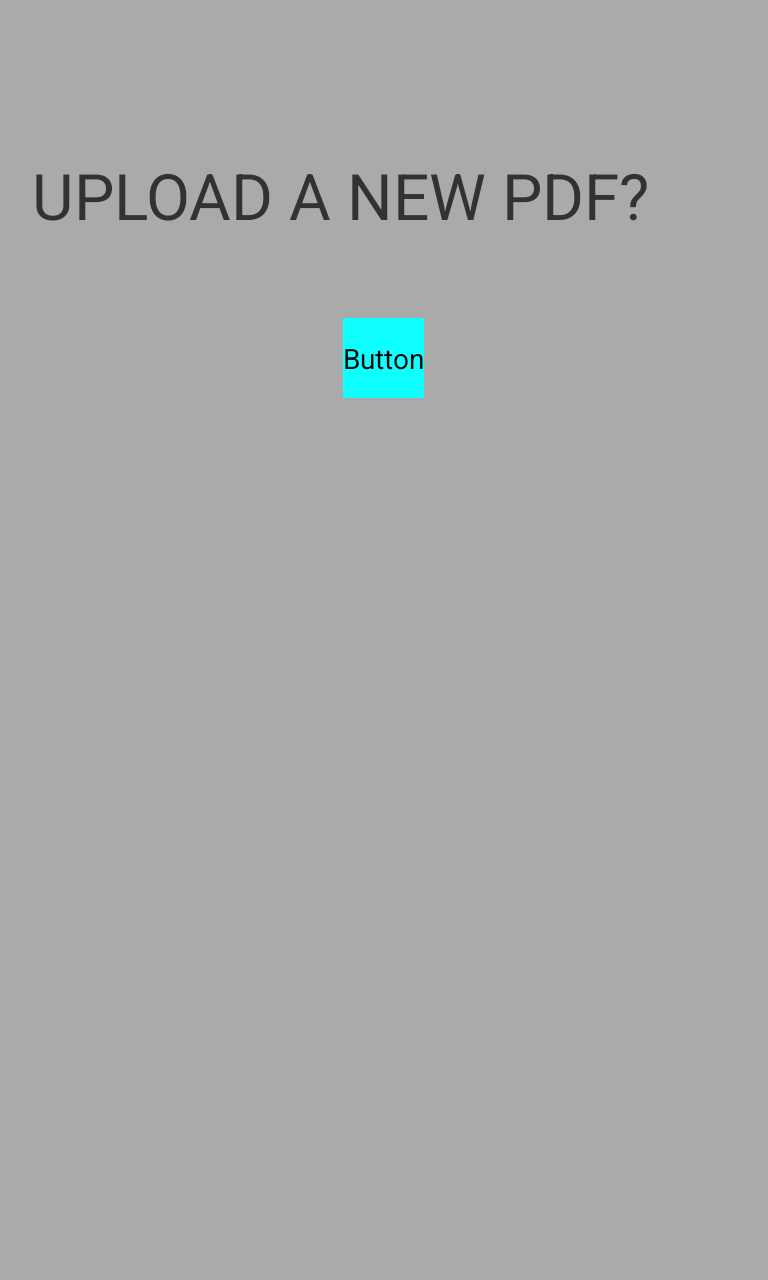
Repository: nick11roberts/Moka-Scanr
Layout: Document Uploader/res/layout/activity_options.xml
These files come from the project's save history. The layout is drawn as it stood at one moment and after the next save; the edit follows.
It is drawn on a 768 x 1280 px phone screen (xhdpi) without system bars, with theme android:Theme.Light.NoTitleBar; the app's code is not run.

Above is the layout before, as saved 2014-05-29 06:20:08.

### Document Uploader/res/layout/activity_options.xml
<LinearLayout xmlns:android="http://schemas.android.com/apk/res/android"
    xmlns:tools="http://schemas.android.com/tools"
    android:layout_width="match_parent"
    android:layout_height="match_parent"
    android:background="#AAAAAA"
    android:baselineAligned="true"
    android:gravity="center_horizontal"
    android:orientation="vertical"
    android:paddingBottom="@dimen/activity_vertical_margin"
    android:paddingLeft="@dimen/activity_horizontal_margin"
    android:paddingRight="@dimen/activity_horizontal_margin"
    android:paddingTop="@dimen/activity_vertical_margin"
    tools:context="io.github.nick11roberts.pdf_drive.MainActivity$mainFragment" >

    <TextView
        android:layout_width="match_parent"
        android:layout_height="wrap_content"
        android:paddingTop="60dp"
        android:paddingBottom="40dp"
        android:text="@string/main_heading"
        android:textAllCaps="true"
        android:textSize="32sp" />

    <Button
        android:id="@+id/button1"
        android:layout_width="wrap_content"
        android:layout_height="40dp"
        android:background="#0FFFFF"
        android:text="Button" />

</LinearLayout>

### Document Uploader/res/values/strings.xml
<?xml version="1.0" encoding="utf-8"?>
<resources>

    <string name="app_name">PDF-Drive</string>

    <string name="main_heading">Upload a new PDF?</string>

    <string name="action_settings">Settings</string>

</resources>

Loaded but not shown: Document Uploader/res/values/dimens.xml (common file); Document Uploader/res/values-w820dp/dimens.xml (common file)

After the next save:
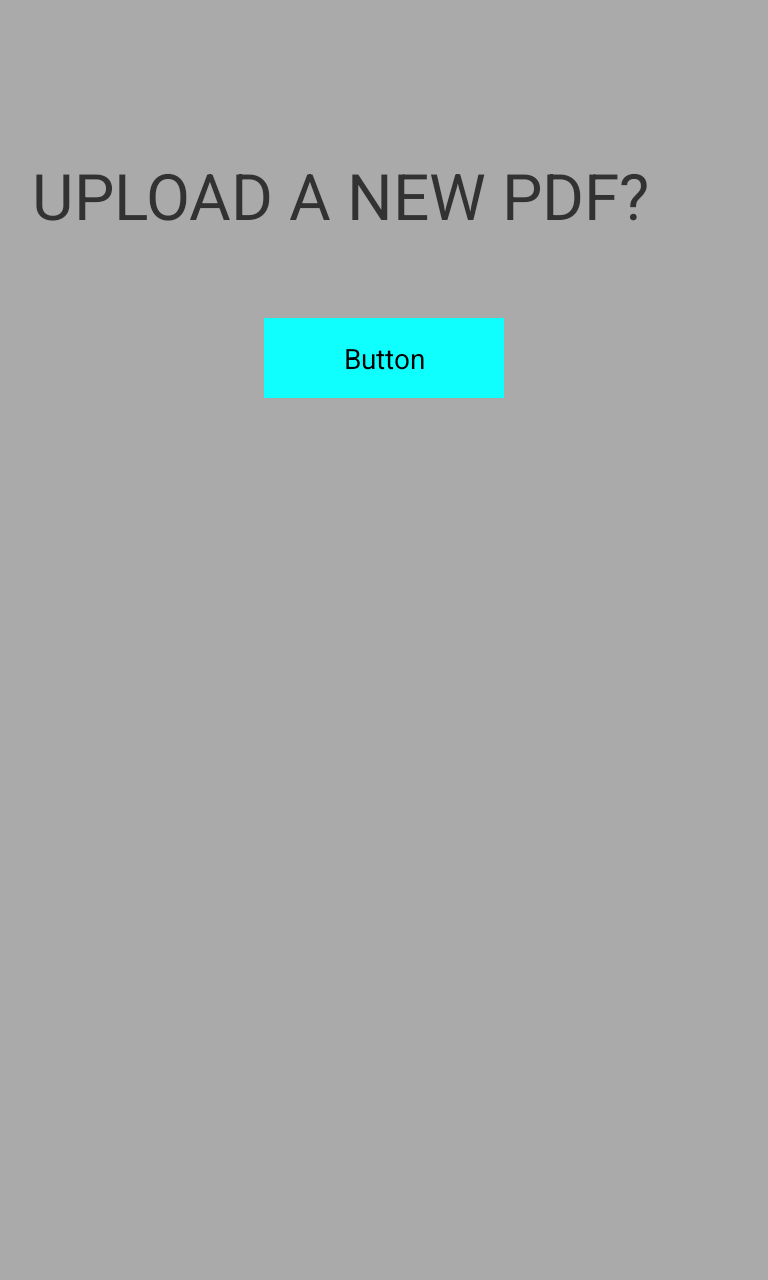
Saved 12 s later.
--- a/Document Uploader/res/layout/activity_options.xml
+++ b/Document Uploader/res/layout/activity_options.xml
@@ -23,7 +23,7 @@
 
     <Button
         android:id="@+id/button1"
-        android:layout_width="wrap_content"
+        android:layout_width="120dp"
         android:layout_height="40dp"
         android:background="#0FFFFF"
         android:text="Button" />
